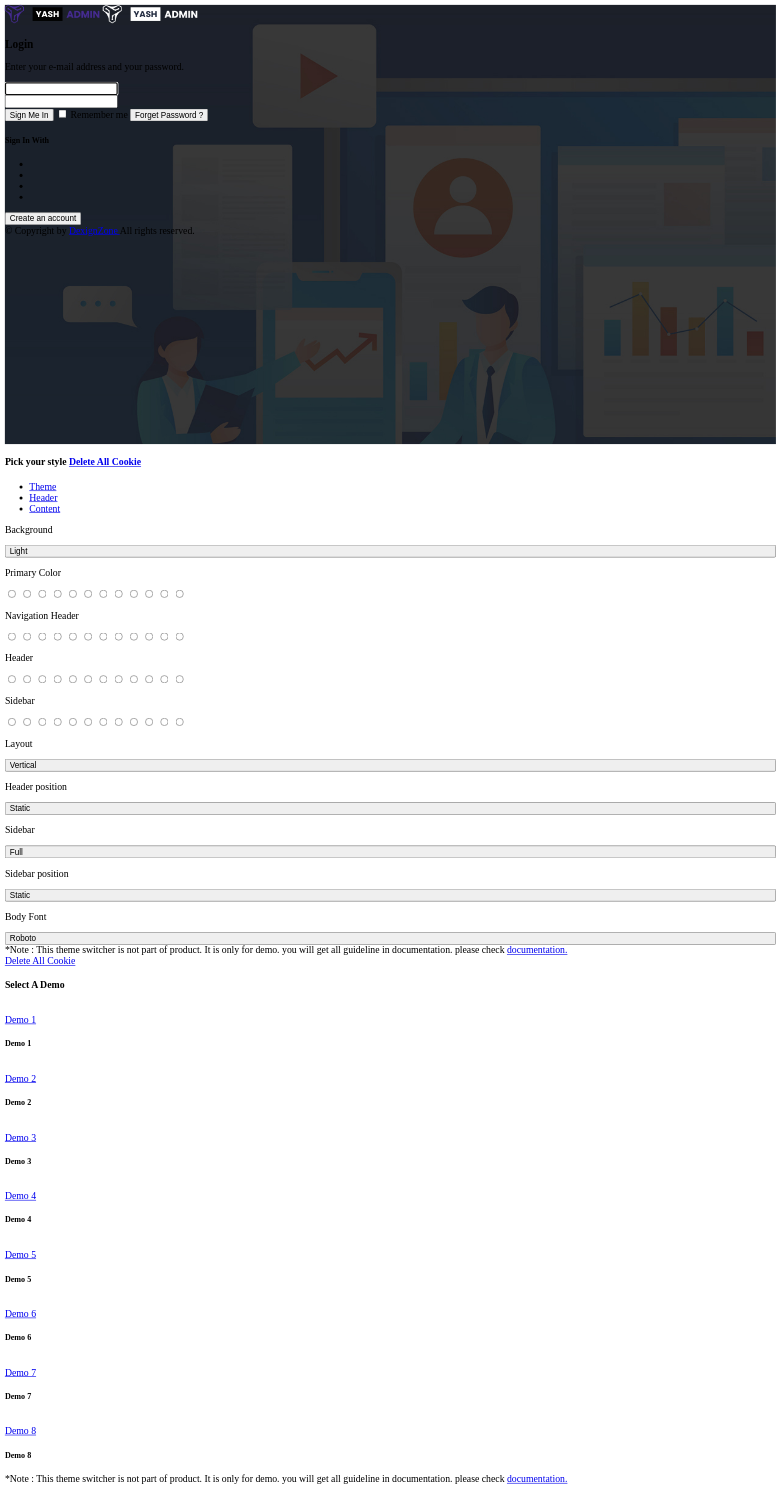
Repository: greatchriz/shipery
Page: http://localhost/login
An editor plug-in stored every save of this project. The page is shown before and after the next save, followed by the edit.
The browser window is 1280 px wide. The pictures show the whole page, at 61% of full size.
The page is served by the project's Laravel application, run on PHP 8.4 with Laravel 10. Other server files are loaded and not shown.

Above is the page before, as saved 2024-01-27 16:55:16.

### routes/web.php
<?php

use App\Http\Controllers\ItemController;
use App\Http\Controllers\ProfileController;
use Illuminate\Support\Facades\Route;
use App\Http\Controllers\MainPageController;
use App\Http\Controllers\DashboardController;
/*
|--------------------------------------------------------------------------
| Web Routes
|--------------------------------------------------------------------------
|
| Here is where you can register web routes for your application. These
| routes are loaded by the RouteServiceProvider and all of them will
| be assigned to the "web" middleware group. Make something great!
|
*/

Route::get('/', [MainPageController::class, 'home'])->name('home');
Route::get('/about-us', [MainPageController::class, 'aboutUs'])->name('about-us');
Route::get('/contact-us', [MainPageController::class, 'contactUs'])->name('contact-us');
Route::get('/tracking', [MainPageController::class, 'tracking'])->name('tracking');
Route::post('/track', [ItemController::class, 'show'])->name('track');


Route::get('/dashboard', [DashboardController::class, 'dashboard'])->middleware(['auth', 'verified'])->name('dashboard');

Route::middleware('auth')->group(function () {
    Route::get('/profile', [ProfileController::class, 'edit'])->name('profile.edit');
    Route::patch('/profile', [ProfileController::class, 'update'])->name('profile.update');
    Route::delete('/profile', [ProfileController::class, 'destroy'])->name('profile.destroy');
});

require __DIR__.'/auth.php';

### resources/views/auth/login.blade.php
<x-guest-layout>

<div class="tab-pane fade show active" id="nav-personal" role="tabpanel" aria-labelledby="nav-personal-tab">

    <form method="POST" action="{{ route('login') }}" class=" dz-form pb-3">
        @csrf
            <h3 class="form-title m-t0">Login</h3>
            <div class="dz-separator-outer m-b5">
                <div class="dz-separator bg-primary style-liner"></div>
            </div>
            <p>Enter your e-mail address and your password. </p>
            <div class="form-group mb-3">
                <input type="email" name="email" id="email" class="form-control" value="{{ old('email') }}" required autofocus autocomplete="username" >

                @error('email')
                <div style="color: #FF5E5E; margin-top: 5px">
                    {{ $message }}
                </div>
                @enderror


            </div>
            <div class="form-group mb-3">
                <input id="password" type="password" name="password" class="form-control" required autocomplete="current-password">
                @error('password')
                <div style="color: #FF5E5E; margin-top: 5px">
                    {{ $message }}
                </div>
                @enderror
            </div>
            <div class="form-group text-left mb-5 forget-main">
                <button type="submit" class="btn btn-primary">Sign Me In</button>
                <span class="form-check d-inline-block">
                    <input type="checkbox" class="form-check-input" id="check1" name="example1">
                    <label class="form-check-label" for="check1">Remember me</label>
                </span>
                <button class="nav-link m-auto btn tp-btn-light btn-primary forget-tab " id="nav-forget-tab" data-bs-toggle="tab" data-bs-target="#nav-forget" type="button" role="tab" aria-controls="nav-forget" aria-selected="false">Forget Password ?</button>
            </div>
            <div class="dz-social ">
                <h5 class="form-title fs-20">Sign In With</h5>
                <ul class="dz-social-icon dz-border dz-social-icon-lg text-white">
                    <li><a target="_blank" href="https://www.facebook.com/" class="fab fa-facebook-f btn-facebook"></a></li>
                    <li><a target="_blank" href="https://www.google.com/" class="fab fa-google-plus-g btn-google-plus"></a></li>
                    <li><a target="_blank" href="https://www.linkedin.com/" class="fab fa-linkedin-in btn-linkedin"></a></li>
                    <li><a target="_blank" href="https://twitter.com/" class="fab fa-twitter btn-twitter"></a></li>
                </ul>
            </div>
        </form>
        <div class="text-center bottom">
            <button class="btn btn-primary button-md btn-block" id="nav-sign-tab" data-bs-toggle="tab" data-bs-target="#nav-sign" type="button" role="tab" aria-controls="nav-sign" aria-selected="false">Create an account</button>

        </div>
  </div>
</x-guest-layout>

### resources/views/layouts/guest.blade.php
<!DOCTYPE html>
<html lang="en" class="h-100">

<head>
    <meta charset="utf-8">
    <meta http-equiv="X-UA-Compatible" content="IE=edge">
    <meta name="keywords" content="">
    <meta name="author" content="">
    <meta name="robots" content="">
    <meta name="viewport" content="width=device-width, initial-scale=1">
    <meta name="description" content="Yashadmin:Sales Management System Admin Bootstrap 5 Template">
    <meta property="og:title" content="Yashadmin:Sales Management System Admin Bootstrap 5 Template">
    <meta property="og:description" content="Yashadmin:Sales Management System Admin Bootstrap 5 Template">
    <meta property="og:image" content="https:/yashadmin.dexignzone.com/xhtml/social-image.png">
    <meta name="format-detection" content="telephone=no">

    <title>{{ config('app.name', 'Laravel') }}</title>


    <!-- PAGE TITLE HERE -->
    <title>Yash Admin Sales Management System</title>

    <!-- FAVICONS ICON -->
    <link rel="shortcut icon" type="image/png" href="/otherp/images/favicon.png">
    <link href="/otherp/vendor/bootstrap-select/dist/css/bootstrap-select.min.css" rel="stylesheet">
    <link href="/otherp/css/style.css" rel="stylesheet">

</head>

<body class="vh-100">
    <div class="page-wraper">

        <!-- Content -->
        <div class="browse-job login-style3">
            <!-- Coming Soon -->
            <div class="bg-img-fix overflow-hidden" style="background:#fff url(/otherp/images/background/bg6.jpg); height: 100vh;">
                <div class="row gx-0">
                    <div class="col-xl-4 col-lg-5 col-md-6 col-sm-12 vh-100 bg-white ">
                        <div id="mCSB_1" class="mCustomScrollBox mCS-light mCSB_vertical mCSB_inside" style="max-height: 653px;" tabindex="0">
                            <div id="mCSB_1_container" class="mCSB_container" style="position:relative; top:0; left:0;" dir="ltr">
                                <div class="login-form style-2">


                                    <div class="card-body">
                                        <div class="logo-header">
                                            <a href="index.html" class="logo"><img src="/otherp/images/logo/logo-full.png" alt="" class="width-230 light-logo"></a>
                                            <a href="index.html" class="logo"><img src="/otherp/images/logo/logofull-white.png" alt="" class="width-230 dark-logo"></a>
                                        </div>

                                        <nav>
                                            <div class="nav nav-tabs border-bottom-0" id="nav-tab" role="tablist">

                                                <div class="tab-content w-100" id="nav-tabContent">



                                                    {{ $slot }}

                                                </div>

                                            </div>
                                        </nav>
                                    </div>
                                    <div class="card-footer">
                                        <div class=" bottom-footer clearfix m-t10 m-b20 row text-center">
                                            <div class="col-lg-12 text-center">
                                                <span> © Copyright by <span class="heart"></span>
                                                    <a href="javascript:void(0);">DexignZone </a> All rights
                                                    reserved.</span>
                                            </div>
                                        </div>
                                    </div>

                                </div>
                            </div>
                            <div id="mCSB_1_scrollbar_vertical" class="mCSB_scrollTools mCSB_1_scrollbar mCS-light mCSB_scrollTools_vertical" style="display: block;">
                                <div class="mCSB_draggerContainer">
                                    <div id="mCSB_1_dragger_vertical" class="mCSB_dragger" style="position: absolute; min-height: 0px; display: block; height: 652px; max-height: 643px; top: 0px;">
                                        <div class="mCSB_dragger_bar" style="line-height: 0px;"></div>
                                        <div class="mCSB_draggerRail"></div>
                                    </div>
                                </div>
                            </div>
                        </div>
                    </div>
                </div>
            </div>
            <!-- Full Blog Page Contant -->
        </div>
        <!-- Content END-->
    </div>


    <script src="/otherp/vendor/global/global.min.js"></script>
    <script src="/otherp/vendor/bootstrap-select/dist/js/bootstrap-select.min.js"></script>
    <script src="/otherp/js/deznav-init.js"></script>
    <script src="/otherp/js/custom.js"></script>
    <script src="/otherp/js/demo.js"></script>
    <script src="/otherp/js/styleSwitcher.js"></script>
</body>

</html>

### public/otherp/js/deznav-init.js

"use strict"

var dzSettingsOptions = {};

function getUrlParams(dParam)
	{
		var dPageURL = window.location.search.substring(1),
			dURLVariables = dPageURL.split('&'),
			dParameterName,
			i;

		for (i = 0; i < dURLVariables.length; i++) {
			dParameterName = dURLVariables[i].split('=');

			if (dParameterName[0] === dParam) {
				return dParameterName[1] === undefined ? true : decodeURIComponent(dParameterName[1]);
			}
		}
	}

(function($) {

	"use strict"

	/* var direction =  getUrlParams('dir');

	if(direction == 'rtl')
	{
        direction = 'rtl';
    }else{
        direction = 'ltr';
    } */

	dzSettingsOptions = {
		typography: "poppins",
		version: "light",
		layout: "vertical",
		primary: "color_1",
		headerBg: "color_1",
		navheaderBg: "color_2",
		sidebarBg: "color_2",
		sidebarStyle: "full",
		sidebarPosition: "fixed",
		headerPosition: "fixed",
		containerLayout: "full",
	};




	new dzSettings(dzSettingsOptions);

	jQuery(window).on('resize',function(){
        /*Check container layout on resize */
		///alert(dzSettingsOptions.primary);
        dzSettingsOptions.containerLayout = $('#container_layout').val();
        /*Check container layout on resize END */

		new dzSettings(dzSettingsOptions);
	});

})(jQuery);

### public/otherp/js/demo.js
"use strict"

var themeOptionArr = {
	typography: '',
	version: '',
	layout: '',
	primary: '',
	headerBg: '',
	navheaderBg: '',
	sidebarBg: '',
	sidebarStyle: '',
	sidebarPosition: '',
	headerPosition: '',
	containerLayout: '',
	//direction: '',
};



/* Cookies Function */
function setCookie(cname, cvalue, exhours)
	{
		var d = new Date();
		d.setTime(d.getTime() + (30*60*1000)); /* 30 Minutes */
		var expires = "expires="+ d.toString();
		document.cookie = cname + "=" + cvalue + ";" + expires + ";path=/";
	}

function getCookie(cname)
	{
		var name = cname + "=";
		var decodedCookie = decodeURIComponent(document.cookie);
		var ca = decodedCookie.split(';');
		for(var i = 0; i <ca.length; i++) {
			var c = ca[i];
			while (c.charAt(0) == ' ') {
				c = c.substring(1);
			}
			if (c.indexOf(name) == 0) {
				return c.substring(name.length, c.length);
			}
		}
		return "";
	}

function deleteCookie(cname)
	{
		var d = new Date();
		d.setTime(d.getTime() + (1)); // 1/1000 second
		var expires = "expires="+ d.toString();
		//document.cookie = cname + "=1;" + expires + ";path=/";
		document.cookie = cname + "=;expires=Thu, 01 Jan 1970 00:00:00 GMT"+";path=/";
	}

function deleteAllCookie(reload = true)
	{
		jQuery.each(themeOptionArr, function(optionKey, optionValue) {
				deleteCookie(optionKey);
		});
		if(reload){
			location.reload();
		}
	}

/* Cookies Function END */


(function($) {

	"use strict"

	//var direction =  getUrlParams('dir');
	var theme =  getUrlParams('theme');

	/* Dz Theme Demo Settings  */

	var dzThemeSet0 = { /* Default Theme */
		typography: "poppins",
		version: "light",
		layout: "vertical",
		primary: "color_1",
		headerBg: "color_1",
		navheaderBg: "color_2",
		sidebarBg: "color_2",
		sidebarStyle: "full",
		sidebarPosition: "fixed",
		headerPosition: "fixed",
		containerLayout: "full",
	};

	var dzThemeSet1 = {
		typography: "poppins",
		version: "light",
		layout: "vertical",
		primary: "color_1",
		headerBg: "color_1",
		navheaderBg: "color_4",
		sidebarBg: "color_4",
		sidebarStyle: "full",
		sidebarPosition: "fixed",
		headerPosition: "fixed",
		containerLayout: "full",
	};

	var dzThemeSet2 = {
		typography: "poppins",
		version: "light",
		layout: "horizontal",
		primary: "color_2",
		headerBg: "color_2",
		navheaderBg: "color_2",
		sidebarBg: "color_1",
		sidebarStyle: "full",
		sidebarPosition: "fixed",
		headerPosition: "fixed",
		containerLayout: "full",
	};


	var dzThemeSet3 = {
		typography: "poppins",
		version: "light",
		layout: "vertical",
		primary: "color_8",
		headerBg: "color_1",
		navheaderBg: "color_8",
		sidebarBg: "color_1",
		sidebarStyle: "full",
		sidebarPosition: "fixed",
		headerPosition: "fixed",
		containerLayout: "full",
	};

	var dzThemeSet4 = {
		typography: "poppins",
		version: "light",
		layout: "vertical",
		primary: "color_5",
		headerBg: "color_5",
		navheaderBg: "color_5",
		sidebarBg: "color_1",
		sidebarStyle: "full",
		sidebarPosition: "fixed",
		headerPosition: "fixed",
		containerLayout: "full",
	};

	var dzThemeSet5 = {
		typography: "poppins",
		version: "light",
		layout: "vertical",
		primary: "color_11",
		headerBg: "color_1",
		navheaderBg: "color_11",
		sidebarBg: "color_11",
		sidebarStyle: "full",
		sidebarPosition: "fixed",
		headerPosition: "fixed",
		containerLayout: "full",
	};
	var dzThemeSet6 = {
		typography: "poppins",
		version: "light",
		layout: "vertical",
		primary: "color_5",
		headerBg: "color_1",
		navheaderBg: "color_1",
		sidebarBg: "color_1",
		sidebarStyle: "full",
		sidebarPosition: "fixed",
		headerPosition: "fixed",
		containerLayout: "full",
	};
	var dzThemeSet7 = {
		typography: "poppins",
		version: "light",
		layout: "vertical",
		primary: "color_9",
		headerBg: "color_1",
		navheaderBg: "color_9",
		sidebarBg: "color_9",
		sidebarStyle: "full",
		sidebarPosition: "fixed",
		headerPosition: "fixed",
		containerLayout: "full",
	};
	var dzThemeSet8 = {
		typography: "poppins",
		version: "light",
		layout: "vertical",
		primary: "color_10",
		headerBg: "color_1",
		navheaderBg: "color_10",
		sidebarBg: "color_10",
		sidebarStyle: "mini",
		sidebarPosition: "fixed",
		headerPosition: "fixed",
		containerLayout: "full",
	};


	function themeChange(theme){
		var themeSettings = {};
		themeSettings = eval('dzThemeSet'+theme);
		dzSettingsOptions = themeSettings; /* For Screen Resize */
		new dzSettings(themeSettings);

		setThemeInCookie(themeSettings);
	}

	function setThemeInCookie(themeSettings)
	{
		//console.log(themeSettings);
		jQuery.each(themeSettings, function(optionKey, optionValue) {
			setCookie(optionKey,optionValue);
		});
	}

	function setThemeLogo() {
		var logo = getCookie('logo_src');

		var logo2 = getCookie('logo_src2');

		if(logo != ''){
			jQuery('.nav-header .logo-abbr').attr("src", logo);
		}

		if(logo2 != ''){
			jQuery('.nav-header .logo-compact, .nav-header .brand-title').attr("src", logo2);
		}
	}

	function setThemeOptionOnPage()
	{
		if(getCookie('version') != '')
		{
			jQuery.each(themeOptionArr, function(optionKey, optionValue) {
				var optionData = getCookie(optionKey);
				themeOptionArr[optionKey] = (optionData != '')?optionData:dzSettingsOptions[optionKey];
			});
			//console.log(themeOptionArr);
			dzSettingsOptions = themeOptionArr;
			new dzSettings(dzSettingsOptions);

			setThemeLogo();
		}
	}

	jQuery(document).on('click', '.dz_theme_demo', function(){
		var demoTheme = jQuery(this).data('theme');
		themeChange(demoTheme, 'ltr');

	});


	jQuery(document).on('click', '.dz_theme_demo_rtl', function(){
		var demoTheme = jQuery(this).data('theme');
		themeChange(demoTheme, 'rtl');
	});


	jQuery(window).on('load', function(){
		//direction = (direction != undefined)?direction:'ltr';
		if(theme != undefined){
			themeChange(theme);
		}else if(getCookie('version') == ''){
				themeChange(0);

		}

		/* Set Theme On Page From Cookie */
		setThemeOptionOnPage();
	});


})(jQuery);

Loaded but not shown: app/Providers/AppServiceProvider.php (common file); routes/auth.php (common file); app/Http/Controllers/Auth/EmailVerificationPromptController.php (common file); app/Http/Controllers/Controller.php (common file); app/Http/Controllers/Auth/VerifyEmailController.php (common file); app/Http/Controllers/Auth/AuthenticatedSessionController.php (common file); app/View/Components/GuestLayout.php (common file); public/otherp/js/styleSwitcher.js (225 lines, source omitted); public/otherp/js/custom.js (746 lines, source omitted)

After the next save:
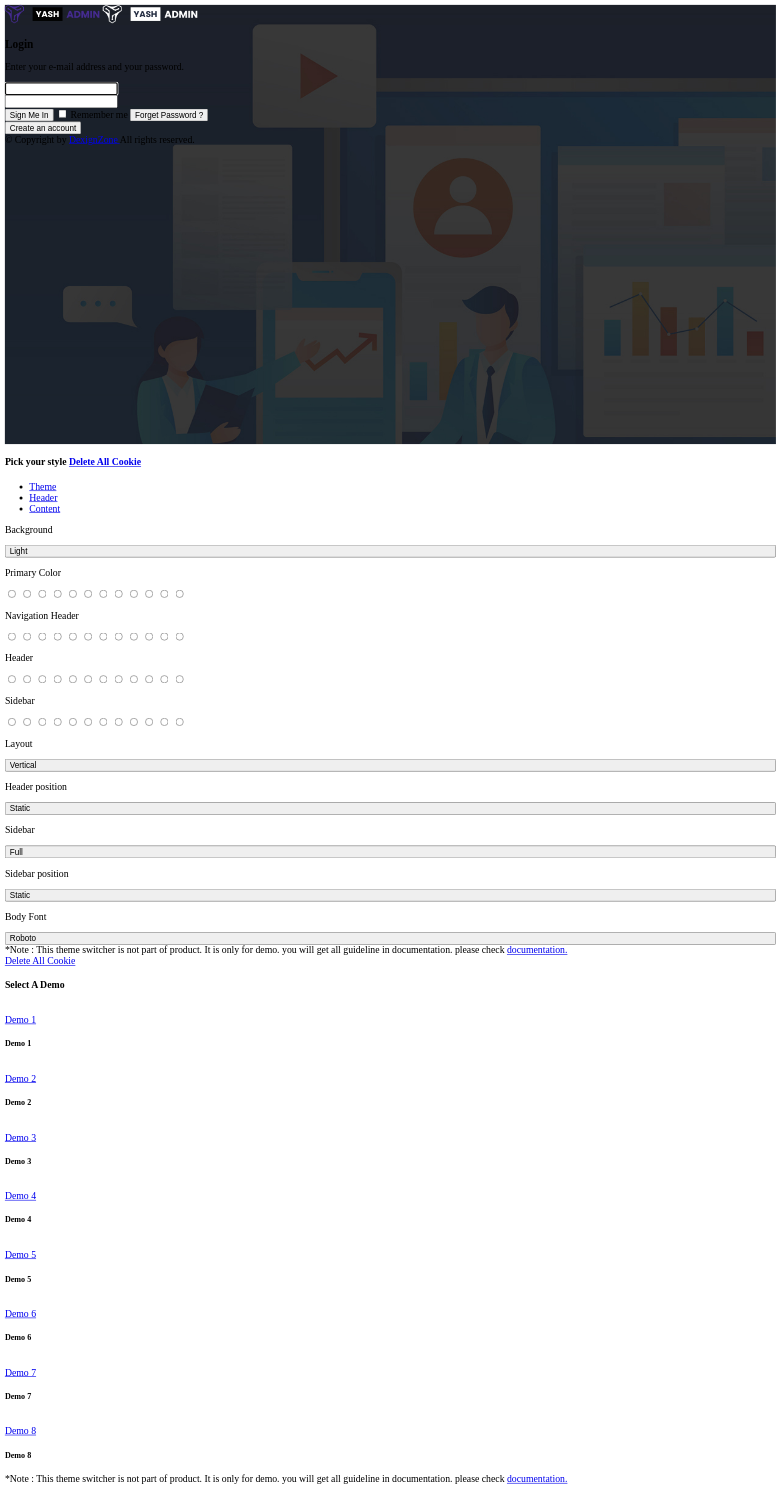
Saved 4 min 46 s later.
--- a/resources/views/auth/login.blade.php
+++ b/resources/views/auth/login.blade.php
@@ -36,15 +36,7 @@
                 </span>
                 <button class="nav-link m-auto btn tp-btn-light btn-primary forget-tab " id="nav-forget-tab" data-bs-toggle="tab" data-bs-target="#nav-forget" type="button" role="tab" aria-controls="nav-forget" aria-selected="false">Forget Password ?</button>
             </div>
-            <div class="dz-social ">
-                <h5 class="form-title fs-20">Sign In With</h5>
-                <ul class="dz-social-icon dz-border dz-social-icon-lg text-white">
-                    <li><a target="_blank" href="https://www.facebook.com/" class="fab fa-facebook-f btn-facebook"></a></li>
-                    <li><a target="_blank" href="https://www.google.com/" class="fab fa-google-plus-g btn-google-plus"></a></li>
-                    <li><a target="_blank" href="https://www.linkedin.com/" class="fab fa-linkedin-in btn-linkedin"></a></li>
-                    <li><a target="_blank" href="https://twitter.com/" class="fab fa-twitter btn-twitter"></a></li>
-                </ul>
-            </div>
+
         </form>
         <div class="text-center bottom">
             <button class="btn btn-primary button-md btn-block" id="nav-sign-tab" data-bs-toggle="tab" data-bs-target="#nav-sign" type="button" role="tab" aria-controls="nav-sign" aria-selected="false">Create an account</button>
